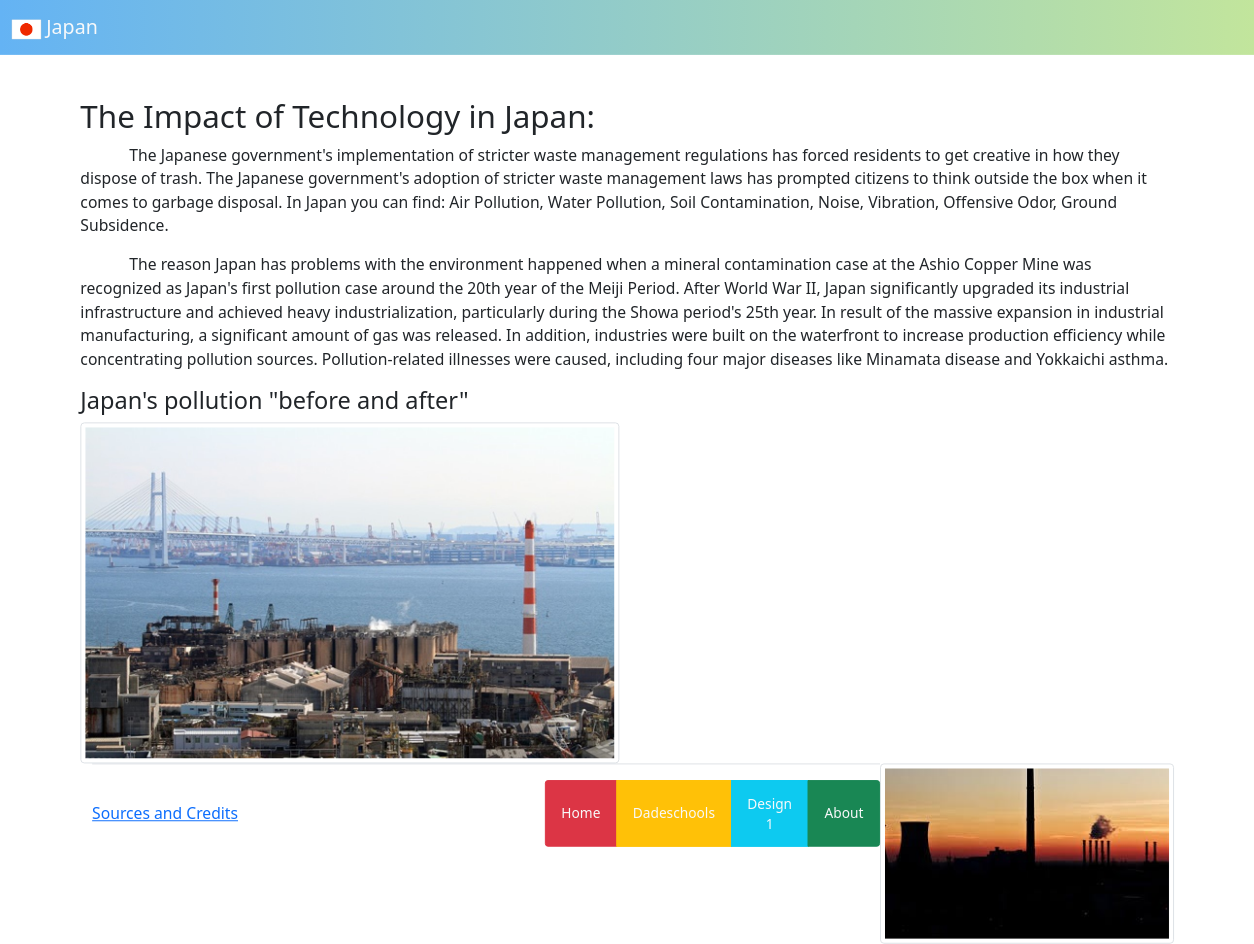
Repository: mrchilliballs/mrchilliballs.github.io
Page: untitled-2.html
An editor plug-in stored every save of this project. The page is shown before and after the next save, followed by the edit.
The browser window is 1280 px wide. The pictures show the whole page, at 98% of full size.

Above is the page before, as saved 2021-09-02 19:05:32.

### untitled-2.html
<!DOCTYPE html>
<html lang="en">
<head>
    <meta charset="UTF-8">
    <meta http-equiv="X-UA-Compatible" content="IE=edge">
    <!-- CSS only -->
<link href="https://cdn.jsdelivr.net/npm/bootstrap@5.1.0/dist/css/bootstrap.min.css" rel="stylesheet" integrity="sha384-KyZXEAg3QhqLMpG8r+8fhAXLRk2vvoC2f3B09zVXn8CA5QIVfZOJ3BCsw2P0p/We" crossorigin="anonymous">
    <meta name="viewport" content="width=device-width, initial-scale=1.0">
    <title>Document</title>
    <style>
@keyframes AnimationName {
    0%{background-position:0% 50%}
    50%{background-position:100% 50%}
    100%{background-position:0% 50%}
}
#navabr {
    animation: AnimationName 1s ease infinite !important;
    background: #c2e59c;  /* fallback for old browsers */
    background: -webkit-linear-gradient(to right, #64b3f4, #c2e59c);  /* Chrome 10-25, Safari 5.1-6 */
    background: linear-gradient(to right, #64b3f4, #c2e59c); /* W3C, IE 10+/ Edge, Firefox 16+, Chrome 26+, Opera 12+, Safari 7+ */
}
    </style>
</head>
<body>
    <nav class="navbar navbar-light bg-light fixed-top" id="navabr">
        <div class="container-fluid">
          <a class="navbar-brand" href="#">
            <img src="japan.gif" alt="" width="30" height="20 class="d-inline-block align-text-top">
            <span class="text-light">Japan</span>
          </a>
        </div>
      </nav>
    <main class="container">
<h2 style="margin-top: 100px;">The Impact of Technology in Japan:</h2>
	<p style="text-indent: 50px;">The Japanese government's implementation of stricter waste management regulations has forced residents to get creative in how they dispose of trash. The Japanese government's adoption of stricter waste management laws has prompted citizens to think outside the box when it comes to garbage disposal. In Japan you can find: Air Pollution, Water Pollution, Soil Contamination, Noise, Vibration, Offensive Odor, Ground Subsidence.
	<br></p><p style="text-indent: 50px;">The reason Japan has problems with the environment happened when a mineral contamination case at the Ashio Copper Mine was recognized as Japan's first pollution case around the 20th year of the Meiji Period. After World War II, Japan significantly upgraded its industrial infrastructure and achieved heavy industrialization, particularly during the Showa period's 25th year. In result of the massive expansion in industrial manufacturing, a significant amount of gas was released. In addition, industries were built on the waterfront to increase production efficiency while concentrating pollution sources. Pollution-related illnesses were caused, including four major diseases like Minamata disease and Yokkaichi asthma.
    </p>
    <h4>Japan's pollution "before and after"</h4>
    <div class="float-start"><img src="Picture1.jpg" class="rounded img-thumbnail img-fluid" alt="..." height="50%" width="50%"></div>
    <div class="float-end"><img src="Picture2.jpg" class="rounded img-thumbnail img-fluid" alt="..."></div>
    <div style="margin-bottom: 15rem;"></div>
        <div class="container">
            <footer class="d-flex flex-wrap justify-content-between align-items-center py-3 my-4 border-top" style="">
              <div class="dropdown">
                <a class="" href="#" role="button" id="dropdownMenuLink" data-bs-toggle="dropdown" aria-expanded="false">
                  Sources and Credits
                </a>

                <ul class="dropdown-menu" aria-labelledby="dropdownMenuLink">
                  <li><a class="dropdown-item" href="https://www.world-weather-travellers-guide.com/air-pollution-in-japan.htm">Source 1</a></li>
                  <li><a class="dropdown-item" href="https://www.nytimes.com/1964/12/26/archives/tokyo-troubled-by-air-pollution-emphasis-in-smog-control-is-still.html">Source 2</a></li>
                  <li><a class="dropdown-item" href="https://creativecommons.org/licenses/by-nc/2.0/s">Source 3</a></li>
                  <li><a class="dropdown-item" href="https://encyclopedia.1914-1918 online.net/article/science_and_technology_japan ">Source 4</a></li>
                  <li><a class="dropdown-item" href="https://en.wikipedia.org/wiki/Tokyo">Source 5</a></li>
                  <li><a class="dropdown-item" href="https://en.wikipedia.org/wiki/Meiji_Restoration ">Source 6</a></li>
                </ul>
              </div>
              <a href="/" class="col-md-4 d-flex align-items-center justify-content-center mb-3 mb-md-0 me-md-auto link-dark text-decoration-none">
                <svg class="bi me-2" width="40" height="32"><use xlink:href="#bootstrap"></use></svg>
              </a>

              <ul class="nav col-md-4 justify-content-end">
                <div class="btn-group" role="group" aria-label="Basic mixed styles example">
                    <button type="button" class="btn btn-danger btn-sm"><li class="nav-item"><a href="#" class="nav-link px-2 text-light">Home</a></li></button>
                    <button type="button" class="btn btn-warning btn-sm"><li class="nav-item"><a href="https://www3.dadeschools.net" class="nav-link px-2 text-light">Dadeschools</a></li></button>
                    <button type="button" class="btn btn-info btn-sm"><li class="nav-item"><a href="index.html" class="nav-link px-2 text-light">Design 1</a></li></button>
                    <button type="button" class="btn btn-success btn-sm"><li class="nav-item"><a class="nav-link px-2 text-light" href="#" role="button" id="dropdownMenuLink" data-bs-toggle="dropdown" aria-expanded="false">About</a><ul class="dropdown-menu" aria-labelledby="dropdownMenuLink1">
                      <li class="dropdown-item">We made this website using the program language "HTML". It took us a lot of work and we hope we get a good grade on this because we did our best on this website.</li>
                    </ul></li>
                    </button>
                  </div>
              </ul>
            </footer>
          </div>
          <!-- JavaScript Bundle with Popper -->
<script src="https://cdn.jsdelivr.net/npm/bootstrap@5.1.0/dist/js/bootstrap.bundle.min.js" integrity="sha384-U1DAWAznBHeqEIlVSCgzq+c9gqGAJn5c/t99JyeKa9xxaYpSvHU5awsuZVVFIhvj" crossorigin="anonymous"></script>
    </main>
</body>
</html>

After the next save:
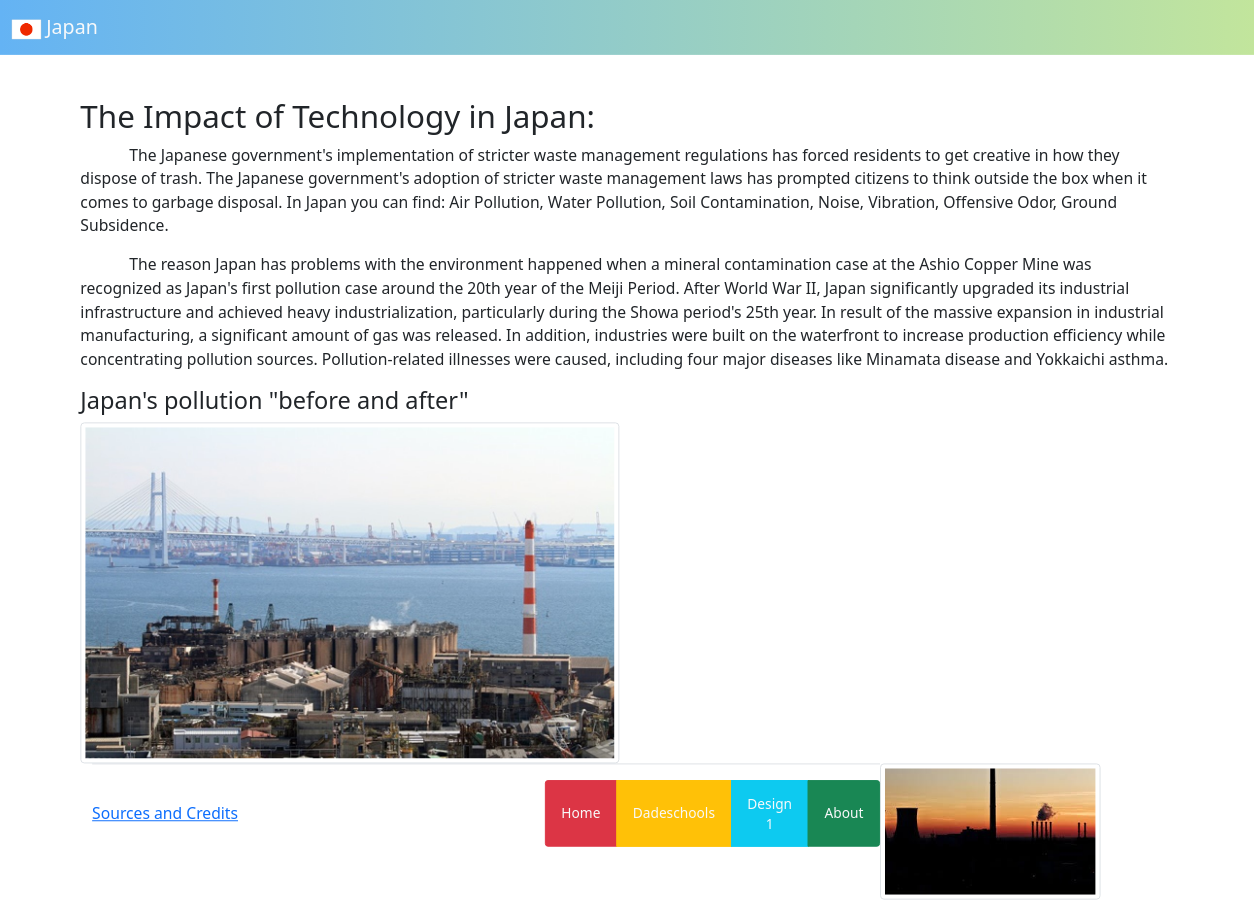
Saved 21 s later.
--- a/untitled-2.html
+++ b/untitled-2.html
@@ -37,7 +37,7 @@
     </p>
     <h4>Japan's pollution "before and after"</h4>
     <div class="float-start"><img src="Picture1.jpg" class="rounded img-thumbnail img-fluid" alt="..." height="50%" width="50%"></div>
-    <div class="float-end"><img src="Picture2.jpg" class="rounded img-thumbnail img-fluid" alt="..."></div>
+    <div class="float-end"><img src="Picture2.jpg" class="rounded img-thumbnail img-fluid" alt="..." height="75%" width="75%"></div>
     <div style="margin-bottom: 15rem;"></div>
         <div class="container">
             <footer class="d-flex flex-wrap justify-content-between align-items-center py-3 my-4 border-top" style="">
